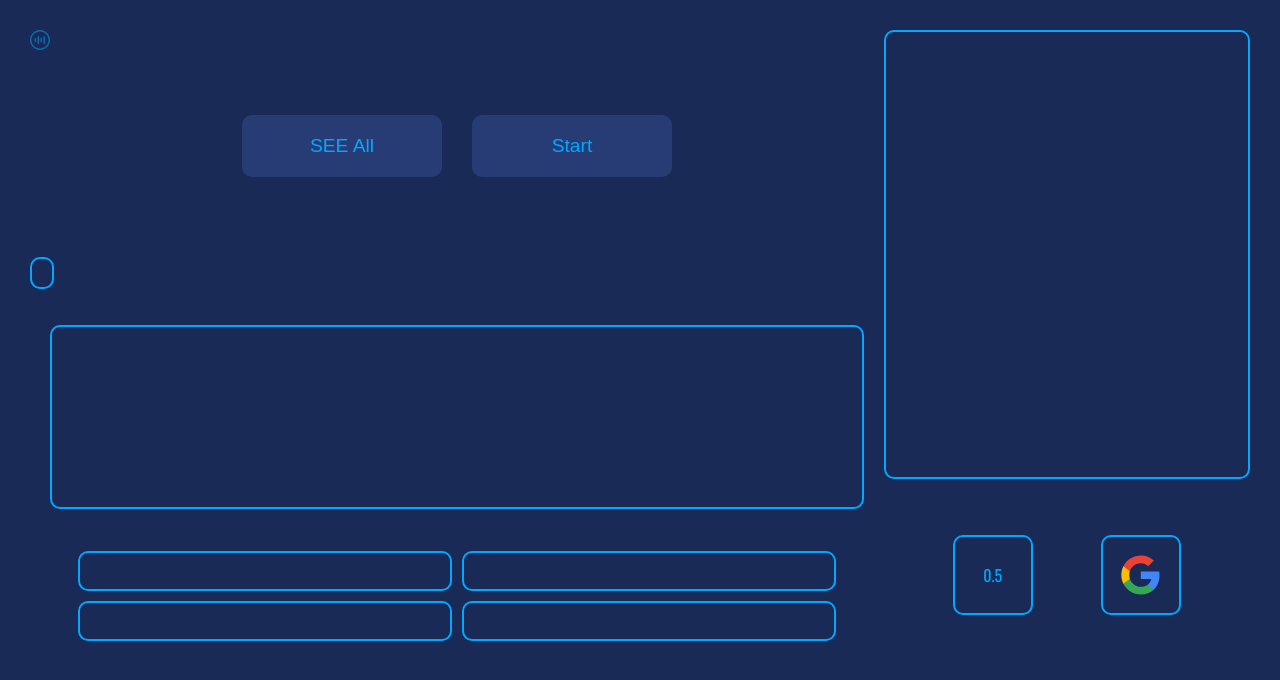
Repository: abdelrahmanahmed20021/Quiz-Platform
Page: index.html
These files come from the project's save history. The page is drawn as it stood at one moment and after the next save; the edit follows.
The browser window is 1280 px wide. The pictures show the whole page.

Above is the page before, as saved 2023-01-11 16:48:26.
Console error: TypeError: Cannot read properties of null (reading 'addEventListener')

### index.html
<!DOCTYPE html>
<html lang="en">

    <head>
        <!-- ======== Meta =========== -->
        <meta charset="UTF-8">
        <meta http-equiv="X-UA-Compatible" content="IE=edge">
        <meta name="viewport" content="width=device-width, initial-scale=1.0">
        <title>Question || Platform</title>
        <!-- ======== Links =========== -->
        <link rel="stylesheet" href="./styles/index.css">
        <link rel="stylesheet" href="./styles/responsive.css">
        <!-- ======== Links =========== -->
    </head>

    <body>
        <section>
            <div class="audio_cotroll">
                <audio src="./assets/1.mp3" class="audio" loop></audio>
                <img src="./assets/play.svg" alt="">
                <img src="./assets/stop.svg" class="active" alt="">
            </div>

            <div class="container_1">
                <div class="start_btn flex">
                    <button class="description">SEE All</button>
                    <button id="start_quest" class="hover">Start</button>
                </div>
                <span class="quest_index border"></span>
                <div class="quest_content">
                    <div class="quset_cont flex border"></div>
                    <div class="box flex">
                        <div class="answers flex">
                            <span class="answer border hover" answer='a'></span>
                            <span class="answer border hover" answer='b'></span>
                            <span class="answer border hover" answer='c'></span>
                            <span class="answer border hover" answer='d'></span>
                        </div>
                    </div>
                </div>
            </div>

            <div class="container_2">
                <div class="quest_index_num border flex"></div>
                <div class="icons_helper flex">
                    <div class="remove_2 border flex hover">0.5</div>
                    <div class="google border hover flex"><img src="./assets/Google.svg" alt="" width="60px"></div>
                </div>
            </div>
        </section>
        <script type="module" src="./script/index.js"></script>
    </body>

</html>

### styles/index.css
/* ========= Import || Font ||  ========= */
@import url('https://fonts.googleapis.com/css2?family=Oswald:wght@200;300;400;500;600;700&display=swap');
/* ========= Import || Font ||  ========= */




/* ========= Set || Variables ||  ========= */
:root {
    --mainColor: #192a56;
    --primaryColor: #273c75;
    --lightColor: #00a8ff;
    --greenColor: #e1b12c;
    --redColor: #487eb0;
    --mainFont: 'Oswald', sans-serif;
    --mainPadding: 40px;
    --primaryPadding: 20px;
    --mainFontSize: 1.2rem;
    --primaryFontSize: .72rem;
    --mainFontWigth: 500;
    --primaryFontWigth: 700;
}

/* ========= Set || Variables ||  ========= */




/* ========= Golbal || Styles ||  ========= */
*>*,
*::after,
*::before {
    padding: 0;
    margin: 0;
    box-sizing: border-box;
    transition: all .5s ease-in-out;
    user-select: none;
    user-zoom: none;
    -webkit-user-drag: none;
}

body {
    background-color: var(--mainColor);
    font-family: var(--mainFont);
}

.flex {
    display: flex;
    align-items: center;
    justify-content: center;
}

.box {
    height: 50%;
}

.border {
    border: 2px solid var(--lightColor);
    border-radius: 10px;
}

.hover:hover {
    background-color: var(--lightColor) !important;
    color: var(--primaryColor) !important;
}

.hover_min_width:active {
    background-color: var(--lightColor) !important;
    color: var(--primaryColor) !important;
}

::-webkit-scrollbar {
    width: 5px;
}

::-webkit-scrollbar-thumb {
    background-color: var(--greenColor);
    border-radius: 10px;
}

/* ========= Golbal || Styles ||  ========= */



/* ========= Main || ElE || Styles ||  ========= */
body>section {
    display: flex;
    height: 100vh;
    padding: 30px;
}

body>section .container_1 {
    width: 70%;
    height: 100%;
}

body>section .container_2 {
    width: 30%;
    height: 100%;
    overflow: hidden;
}

body>section .container_1 .start_btn {
    height: 35%;
    gap: 30px;
}

/* ========= Main || ElE || Styles ||  ========= */

/* ========= Audio || Styles ||  ========= */

body>section>.audio_cotroll {
    position: relative;
}

body>section>.audio_cotroll img {
    top: 0;
    left: 0;
    cursor: pointer;
    position: absolute;
    width: 0;
    height: 0;
    opacity: 0;
}

body>section>.audio_cotroll .active {
    opacity: 1;
    z-index: 100;
    width: auto;
    height: auto;
}

/* ========= Audio || Styles ||  ========= */


/* ========= Container || One || Styles ||  ========= */
body>section .container_1 .start_btn button {
    padding: var(--primaryPadding);
    width: 200px;
    border: 0;
    outline: 0;
    border-radius: 10px;
    font-size: var(--mainFontSize);
    background-color: var(--primaryColor);
    color: var(--lightColor);
    cursor: pointer;
    font-weight: var(--mainFontWigth);
}

body>section .container_1 .quest_content {
    height: 65%;
    padding: var(--mainPadding) var(--primaryPadding);
}

body>section .container_1 .quest_content .quset_cont {
    position: relative;
    height: 50%;
    font-size: var(--mainFontSize);
    color: var(--lightColor);
    background-color: transparent;
    padding: 90px;
}

body>section .container_1 .quest_index {
    padding: 2px 10px;
    font-size: 16px;
    color: var(--lightColor);
}

body>section .container_1 .quest_content .answers {
    width: 100%;
    justify-content: center;
    flex-wrap: wrap;
}

body>section .container_1 .quest_content .answers span {
    width: 46%;
    margin: 5px;
    min-height: 40px;
    text-align: center;
    padding: 5px 0;
    cursor: pointer;
    color: var(--lightColor);
}


/* ========= Container || One || Styles ||  ========= */




/* ========= Container || Two || Styles ||  ========= */
body>section .container_2 .quest_index_num {
    justify-content: space-between;
    flex-direction: column-reverse;
    min-height: 68%;
    max-height: 68%;
    padding-bottom: 400px;
    margin-bottom: 30px;
    overflow: auto;
}


body>section .container_2 .quest_index_num p {
    display: block;
    width: 100%;
    text-align: center;
    color: var(--primaryColor);
}

body>section .container_2 .quest_index_num .correct_answer {
    background-color: transparent !important;
    color: var(--greenColor) !important;
}

body>section .container_2 .quest_index_num .falsey_answer {
    background-color: transparent !important;
    color: var(--primaryColor) !important;
}

body>section .container_2 .icons_helper {
    justify-content: space-evenly;
    height: 20%;
}

body>section .container_2 .icons_helper .remove_2 {
    width: 80px;
    height: 80px;
    cursor: pointer;
    color: var(--lightColor);
}

body>section .container_2 .icons_helper .google {
    cursor: pointer;
    width: 80px;
    height: 80px;
}

/* ========= Container || Two || Styles ||  ========= */

/* ========= Actives || Class || Styles ||  ========= */
.active_point_quest {
    color: var(--lightColor) !important;
    font-weight: var(--primaryFontWigth);
    font-size: var(--mainFontSize);
}

.falsey_answer {
    background-color: var(--redColor) !important;
    color: var(--lightColor) !important;
}
.falsey_answer_p{
    color: red !important;
}
.correct_answer {
    background-color: var(--greenColor) !important;
    color: var(--lightColor) !important;
}

.hidde_animate_btn {
    transform: scale(0);
    width: 0;
}

/* ========= Actives || Class || Styles ||  ========= */

### styles/responsive.css
/* ===========  Tablets || Sizes  =============== */
/* =============== Sm ================ */
@media screen and (min-width:360px) and (max-width:960px) {
    :root {
        --mainPadding: 20px;
        --primaryPadding: 10px;
        --mainFontSize: 1rem;
        --mainFontWigth: 400;
        --primaryFontWigth: 500;
    }

    body>section {
        flex-direction: column;
        padding: 20px 10px;
    }

    body>section .container_1 {
        width: 100%;
        height: 70%;

    }

    body>section .container_1 .start_btn {
        height: 20%;
    }

    body>section .container_2 {
        width: 100%;
        height: 30%;
    }

    body>section .container_2 .quest_index_num {
        min-height: 58%;
        max-height: 58%;
        padding-bottom: 0;
        padding-left: 400px;
    }

    body>section .container_2 .icons_helper {
        justify-content: space-between;
    }

    body>section .container_1 .quest_content .quset_cont {
        padding: 40px;
    }

    body>section .container_1 .quest_content .answers span {
        font-size: var(--primaryFontSize);
        font-weight: var(--primaryFontWigth);
    }

    body>section .container_2 .icons_helper .remove_2 {
        width: 60px;
        height: 60px;
    }

    body>section .container_2 .icons_helper .google {
        width: 60px;
        height: 60px;
    }

}

/* =============== Sm ================ */
/* ===========  Tablets || Sizes  =============== */

### script/index.js
import { data } from './../auth/data.js';
//============= Set || Nodes || ==================>
const audio = document.querySelector('.audio');
const start_quest = document.querySelector('#start_quest');
const quset_cont = document.querySelector('.quset_cont');
const quest_index = document.querySelector('.quest_index');
const answer = document.querySelector('.answers');
const quest_index_num = document.querySelector('.quest_index_num');
const remove_2 = document.querySelector('.remove_2');
const google = document.querySelector('.google');
const answers = document.querySelectorAll('.answer');
const audio_cotroll_img = document.querySelectorAll('.audio_cotroll img');
const description = document.querySelector(".description");
const src_quesion_img = document.querySelector(".src_quesion_img");
const poper_img = document.querySelector("#poper_img");
const poper_img_head = document.querySelector("#poper_img h1");
const poper_deleter = document.querySelector(".poper_deleter");
const black_btn = document.querySelector(".black-btn");
const poper_appender = document.querySelector(".poper_appender");
const black_wolf = document.querySelector(".black-wolf");
const quest_index_answer = document.querySelector(".quest_index_answer");
const sec_screen = document.querySelector(".sec_screen");
const full_screen = document.querySelector(".full_screen");
let start = 0;
let answer_data;
let right_answers = 0;
let unRight_answers = 0;
//============= Set || Nodes || ==================>
//======= Set || classes || =======>
class DrawUi {
    constructor(data, index) {
        this.data = data;
        this.index = index;
        this.state = true;
    }
    //======= Draw || All ||  Content || Ui =======>
    draw() {
        if (this.data != undefined && this.index != undefined) {
            this.stop_Quiz(this.data);
            if (this.state) {
                this.draw_Quest(this.data);
                this.draw_Quest_line(this.data);
            }
        }
        else {
            console.warn('please Enter data src and index of start');
        }
    }
    //======= Draw || All ||  Content || Ui =======>
    //======= Draw || Questions || Answers =======>
    draw_Quest(values) {
        let recust = ['a', 'b', 'c', 'd'];
        quset_cont.innerHTML = `<p>${values[this.index].quest}</p>`;
        src_quesion_img.src = `${values[this.index].img}`;
        if (values[this.index].img != "") {
            poper_img_head.innerText = "";
        }
        else {
            poper_img_head.innerText = "No Image At This Question";
        }
        answers.forEach((ele, index) => {
            ele.innerText = values[this.index][recust[index]];
        });
        quest_index.innerText = `Question : ${this.index + 1}`;
        quest_index_answer.innerText = `SCORE : ${right_answers} / ${values.length}`;
    }
    //======= Draw || Questions || Answers =======>
    //======= Draw || Questions || Lines =======>
    draw_Quest_line(values) {
        const quest_index_num_elements = quest_index_num.children;
        if (quest_index_num_elements.length == 0) {
            values.forEach((ele, index) => {
                quest_index_num.innerHTML += `<p>Q.${index + 1}</p>`;
            });
        }
        Array.from(quest_index_num_elements).forEach(ele => {
            ele.classList.remove('active_point_quest');
        });
        quest_index_num_elements[this.index].classList.add('active_point_quest');
    }
    //======= Draw || Questions || Lines =======>
    //======= Check || Index || Stop "Quiz" =======>
    stop_Quiz(values) {
        if (this.index > values.length - 1) {
            this.state = false;
        }
    }
}
class Checker {
    constructor() {
        this.darwer = new DrawUi(data, start);
        this.quest_index_num = quest_index_num.children;
    }
    //======= Check || All ||  Content || Answers =======>
    main_checker(ele) {
        this.answer_check(this.darwer.data);
        this.line_check(this.darwer.data, ele);
        this.Repeat(this.darwer.data);
    }
    //======= Check || All ||  Content || Answers =======>
    //======= Set|| All ||  Content || Answers =======>
    set_answers(data, state, statement) {
        if (state) {
            answers.forEach(ele => {
                if (ele.getAttribute('answer') != data[this.darwer.index].answer) {
                    ele.classList.add('falsey_answer');
                }
                else {
                    ele.classList.add('correct_answer');
                }
                if (statement) {
                    setTimeout(() => {
                        ele.classList.remove('falsey_answer');
                        ele.classList.remove('correct_answer');
                    }, 1200);
                }
            });
        }
    }
    //======= Set|| All ||  Content || Answers =======>
    //======= Set || All ||  Styles || Answers =======>
    answer_check(data) {
        if (this.darwer.index < data.length && this.darwer.index != data.length - 1) {
            this.set_answers(data, true, true);
        }
        else {
            this.set_answers(data, true, false);
        }
        setTimeout(() => {
            this.darwer.draw();
        }, 1200);
    }
    //======= Set || All ||  Styles || Answers =======>
    //======= Set || All ||  Styles || Answers || Lines =======>
    line_check(data, ele) {
        if (this.darwer.index < data.length) {
            if (ele.getAttribute('answer') == data[this.darwer.index].answer) {
                this.quest_index_num[this.darwer.index].classList.add('correct_answer');
                this.darwer.index++;
                right_answers++;
            }
            else {
                this.quest_index_num[this.darwer.index].classList.add('falsey_answer_p');
                this.darwer.index++;
                unRight_answers++;
            }
        }
    }
    //======= Set || All ||  Styles || Answers || Lines =======>
    //======= Reapet_Quiz || =======>
    Repeat(data) {
        if (this.darwer.index == data.length) {
            start_quest.classList.remove('hidde_animate_btn');
            description === null || description === void 0 ? void 0 : description.classList.remove("description_hidde");
            start_quest.innerText = 'Repeat';
            start_quest.addEventListener('click', () => {
                location.reload();
            });
        }
    }
}
class Delet {
    constructor(ele, data, index) {
        this.ele = ele;
        this.data = data;
        this.index = index;
    }
    swper() {
        if (this.ele.innerText == '0.5') {
            this.get_data();
        }
        else {
            window.open('https://google.com/');
        }
    }
    get_data() {
        this.delete(data);
    }
    delete(data) {
        if (quset_cont.innerText != '') {
            let falsey_data = [];
            Array.from(answers).filter((ele, index) => {
                if (ele.getAttribute('answer') != data[this.index].answer) {
                    falsey_data.push(index);
                }
            });
            answers[falsey_data[0]].innerText = '';
            answers[falsey_data[1]].innerText = '';
        }
    }
}
//======= Set || classes || =======>
//======= Start || Quiz || App =======>
start_quest.addEventListener('click', start_app);
function start_app(e) {
    if (sec_screen.requestFullscreen) {
        sec_screen.requestFullscreen();
        full_screen.innerText = "Close the full page Mode";
    }
    //======= Audio || Controls =======>
    audio.play();
    audio_cotroll_img[1].classList.remove('active');
    audio_cotroll_img[0].classList.add('active');
    //======= Audio || Controls =======>
    //======= Draw || Ui || Class =======>
    const play = new DrawUi(data, start);
    play.draw();
    //======= Draw || Ui || Class =======>
    //======= Checker || In || Chossen =======>
    const chek = new Checker();
    answers.forEach(ele => {
        ele.addEventListener('click', (e) => {
            chek.main_checker(e.target);
            quest_index_num.scrollTop = -45 * (unRight_answers + right_answers);
        });
    });
    //======= Checker || In || Chossen =======>
    //======= Delet || Button || And Event =======>
    e.target.classList.add("hidde_animate_btn");
    e.target.removeEventListener('click', start_app);
    //======= Delet || Button || And Event =======>
    //======= Remove || Two || Answers =======>
    remove_2.addEventListener("click", (e) => {
        const deleter = new Delet(e.target, chek.darwer.data, chek.darwer.index);
        deleter.swper();
    });
    //======= Remove || Two || Answers =======>
    //===== Simple || Animate ========>
    quest_index_num.style.padding = '0';
}
//======= Start || Quiz || App =======>
//======= Audio || Controller || App =======>
audio_cotroll_img.forEach(ele => {
    ele.addEventListener('click', () => {
        if (audio.paused) {
            audio_cotroll_img[1].classList.remove('active');
            audio_cotroll_img[0].classList.add('active');
            audio.play();
        }
        else if (!audio.paused) {
            audio_cotroll_img[1].classList.add('active');
            audio_cotroll_img[0].classList.remove('active');
            audio.pause();
        }
    });
});
//======= Audio || Controller || App =======>
//========= Handel  || Hover  || Effect  || in  || Small  || Deveices ||  ============>
window.addEventListener('resize', () => {
    if (window.innerWidth < 961) {
        const hover = document.querySelectorAll('.hover');
        hover.forEach(ele => {
            ele.classList.add('hover_2');
            ele.classList.remove('hover');
        });
        console.warn('resized to small delet hover');
    }
    else {
        const hover_2 = document.querySelectorAll('.hover_2');
        hover_2.forEach(ele => {
            ele.classList.add('hover');
            ele.classList.remove('hover_2');
        });
        console.warn('resized to Big add hover');
    }
});
//========= Handel  || Hover  || Effect  || in  || Small  || Deveices ||  ============>
poper_deleter === null || poper_deleter === void 0 ? void 0 : poper_deleter.addEventListener("click", () => {
    poper_img.classList.add("hide_poper");
    if (sec_screen.requestFullscreen) {
        sec_screen.requestFullscreen();
    }
});
poper_appender === null || poper_appender === void 0 ? void 0 : poper_appender.addEventListener("click", () => {
    poper_img.classList.remove("hide_poper");
    // if(document.exitFullscreen) {
    //     document.exitFullscreen();
    //   }
});
description === null || description === void 0 ? void 0 : description.addEventListener("click", () => {
    window.location.href = "info.html";
});
black_btn.addEventListener("click", () => {
    black_wolf.style.display = "none";
});
full_screen.addEventListener("click", () => {
    if (full_screen.innerText == "Close the full page Mode") {
        if (document.exitFullscreen) {
            document.exitFullscreen();
            full_screen.innerText = "Active the full page Mode";
        }
    }
    else {
        if (sec_screen.requestFullscreen) {
            sec_screen.requestFullscreen();
            full_screen.innerText = "Close the full page Mode";
        }
    }
});

Loaded but not shown: auth/data.js (318 lines, source omitted)

After the next save:
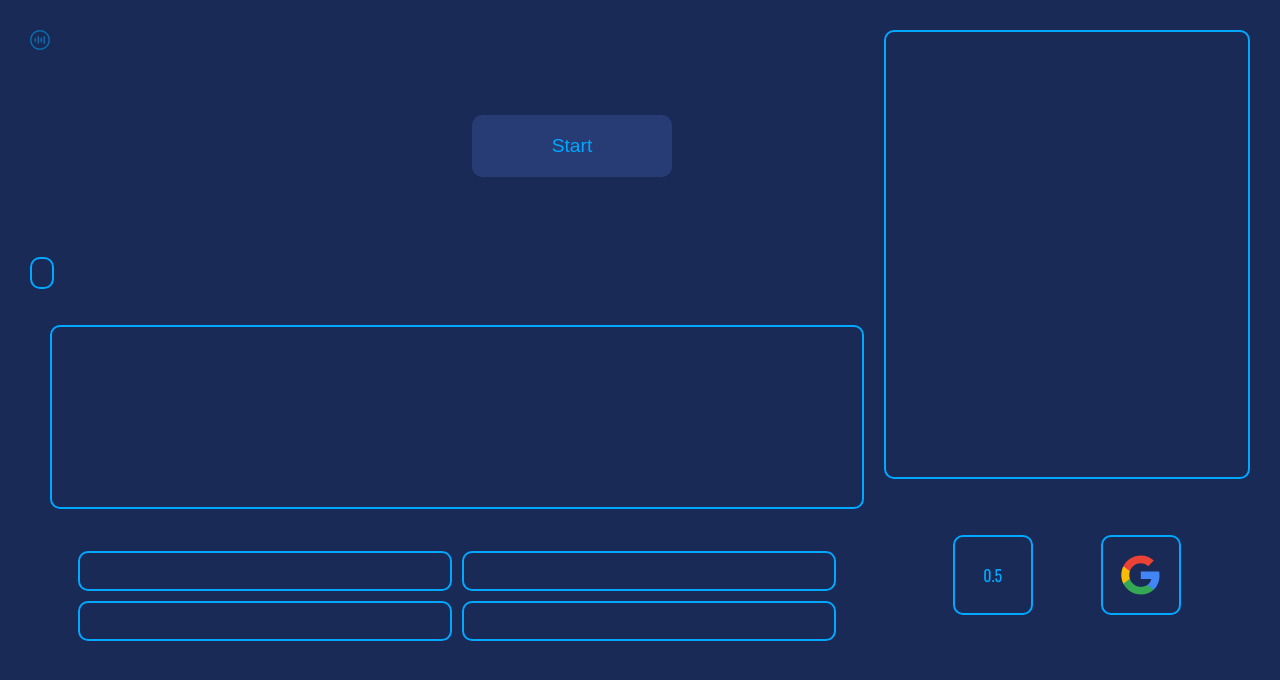
Saved 46 s later.
--- a/index.html
+++ b/index.html
@@ -23,7 +23,7 @@
 
             <div class="container_1">
                 <div class="start_btn flex">
-                    <button class="description">SEE All</button>
+                    <button class="description hidde_animate_btn">SEE All</button>
                     <button id="start_quest" class="hover">Start</button>
                 </div>
                 <span class="quest_index border"></span>
